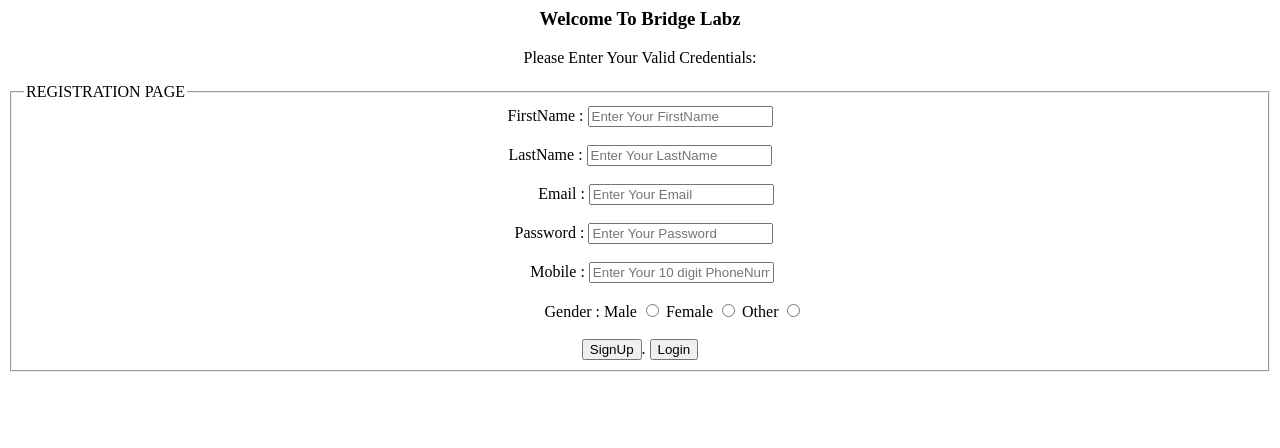
Repository: msibgathulla9980/Servlet
Page: ServletJdbcApp/WebContent/Registration.html
The author's editor kept a copy of each file at every save. The page is drawn from the files as they stood at one save, then again after the next save.
The browser window is 1280 px wide. The pictures show the whole page.

Above is the page before, as saved 2019-01-24 04:44:44.

After the next save:
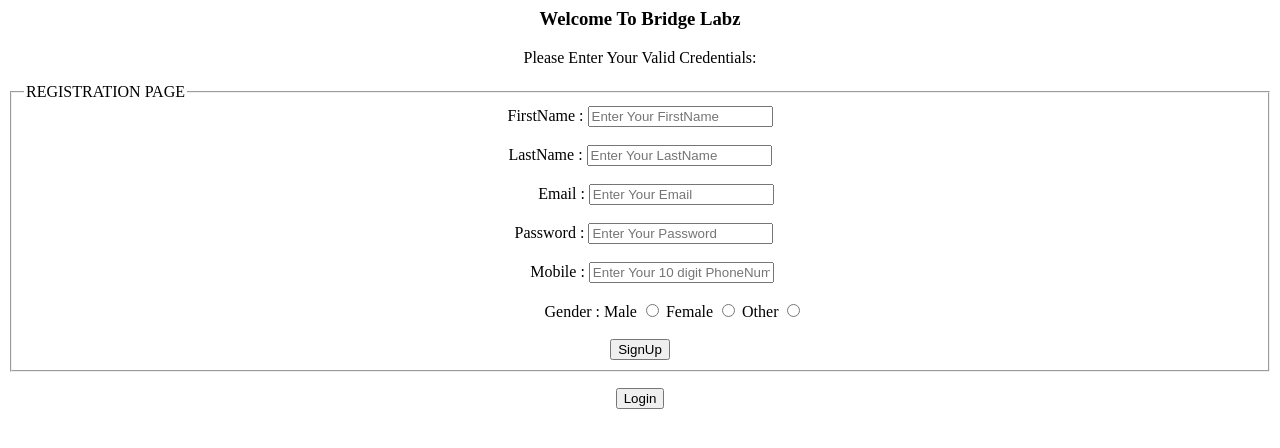
Saved 31 s later.
--- a/ServletJdbcApp/WebContent/Registration.html
+++ b/ServletJdbcApp/WebContent/Registration.html
@@ -21,10 +21,10 @@
  <input type="radio" name="gender" id="female" value="female" >
   <label for="other">Other</label>
  <input type="radio" name="gender" id="other" value="other" ><br><br>
-<input type="submit" name="submit" value="SignUp"/>.
+<input type="submit" name="submit" value="SignUp"/>
+</fieldset>
 </form>
 <a href=login.html ><input type="submit" value="Login"/></a>
-</fieldset>
 <center>
 </body>
 </html>
